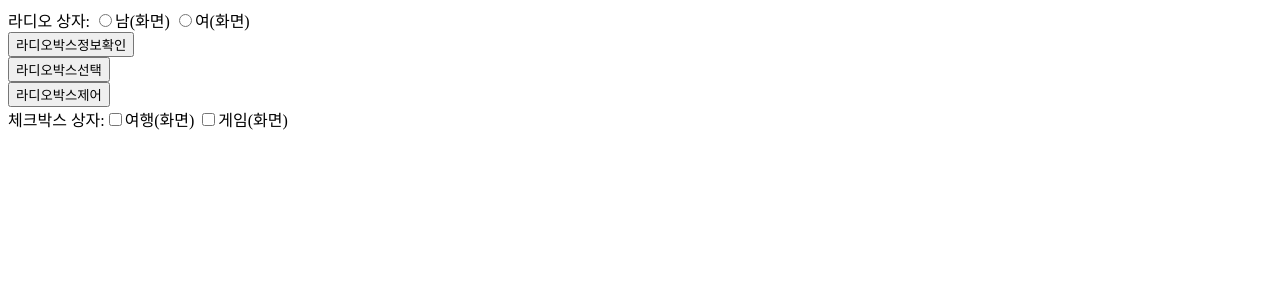
Repository: hololog/workspace_jsp1
Page: JspStudy/src/main/webapp/js1/test15.html
These files come from the project's save history. The page is drawn as it stood at one moment and after the next save; the edit follows.
The browser window is 1280 px wide. The pictures show the whole page.

Above is the page before, as saved 2021-12-14 07:41:30.

### JspStudy/src/main/webapp/js1/test15.html
<!DOCTYPE html>
<html>
<head>
<meta charset="UTF-8">
<title>js1/test15.html</title>
<script type="text/javascript">
//내장객체 window 윈도우창   - location 주소줄
//- history 방문기록
//- document html 틀 - image , ..
//                   - form - text,password,textarea
//                          - radio, checkbox
//                           - select

//내장객체 window 생략가능
//내장객체 window.document.폼태그.라디오상자이름   => 큰 주제 : html문서안에 있는 폼태그안의 라디오 상자제어
//								          => 멤버변수
//                                           type 라디오 상자타입을 저장하는 변수 ,
								//           value 입력된 값을 저장하는 변수,
								//			 checked 라디오 상자가 체크되어잇으면 참으로 저장
								//                   체크가 안되어 있으면 거싲으로 저장하는 변수
								//        => 멤버함수(메서드)
								//          click() 라디오 상자 글자 블럭 설정 기능
//내장객체 호출    =>document.폼태그.텍스트상자이름[].type,
//               document.폼태그.텍스트상자이름[].value,
//               document.폼태그.텍스트상자이름[].checked,
//               document.폼태그.텍스트상자이름[].click()

//  function f1() {
// 	alert(document.fr.ra[0].type);
// 	alert(document.fr.ra[0].value);
// 	alert(document.fr.ra[0].checked);
// 	document.fr.ra[0].click();
//  }
 function f1() {
	alert(document.fr.ra[0].type);
	alert(document.fr.ra[0].value);
	alert(document.fr.ra[0].checked);
 }

 function f2() {
	document.fr.ra[0].checked=true;
}

 function f3() {
	if(document.fr.ra[0].checked==false && document.fr.ra[1].checked==false)
		alert("라디오박스 선택하세요");
		return;
 }

 function f4() {
	if(document.fr.ch[0].checked==false && document.fr.ch[1].checked==false)
		alert("체크박스 선택하세요");
		return;
 }



</script>
</head>
<body>
	<form action="a.jsp" method="get" name="fr">
	 라디오 상자: <input type="radio" name="ra" value="1">남(화면)
           	   <input type="radio" name="ra" value="2">여(화면)<br>

           	   <input type="button" value="라디오박스정보확인" onclick="f1()"><br>
           	   <input type="button" value="라디오박스선택" onclick="f2()"><br>
           	   <input type="button" value="라디오박스제어" onclick="f3()"><br>

     체크박스 상자:<input type="checkbox" name="ch" value="여행">여행(화면)
               <input type="checkbox" name="ch" value="게임">게임(화면)<br>

<!-- 			   <input type="button" value="체크박스정보확인" onclick="f3()">	 -->
<!-- 			   <input type="button" value="체크박스정보확인" onclick="f4()">	 -->
	</form>
</body>
</html>

After the next save:
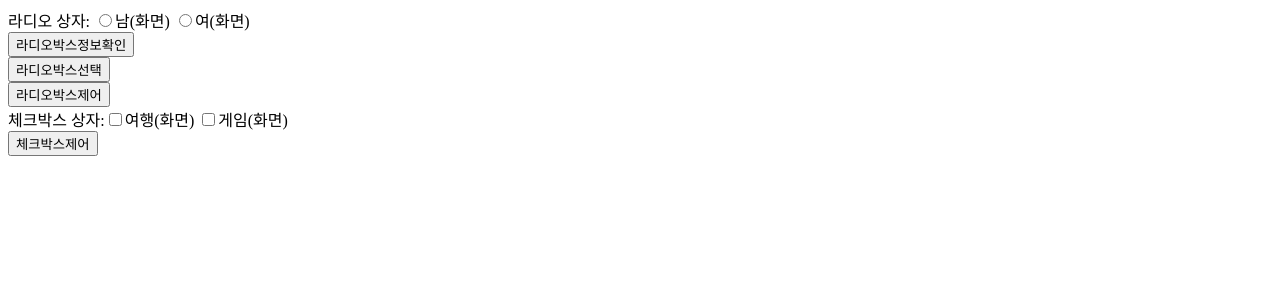
Saved 24 s later.
--- a/JspStudy/src/main/webapp/js1/test15.html
+++ b/JspStudy/src/main/webapp/js1/test15.html
@@ -69,7 +69,7 @@
      체크박스 상자:<input type="checkbox" name="ch" value="여행">여행(화면)
                <input type="checkbox" name="ch" value="게임">게임(화면)<br>
 
-<!-- 			   <input type="button" value="체크박스정보확인" onclick="f3()">	 -->
+			   <input type="button" value="체크박스제어" onclick="f4()">
 <!-- 			   <input type="button" value="체크박스정보확인" onclick="f4()">	 -->
 	</form>
 </body>

After the 5 saves that followed:
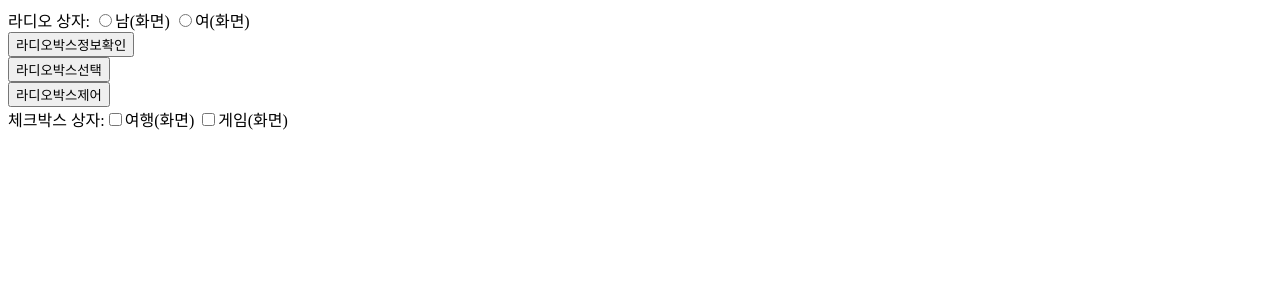
The 5 saves are shown as one change because 4 left the picture as it was.
The last was saved 10 min 16 s later.
--- a/JspStudy/src/main/webapp/js1/test15.html
+++ b/JspStudy/src/main/webapp/js1/test15.html
@@ -45,16 +45,15 @@
 	if(document.fr.ra[0].checked==false && document.fr.ra[1].checked==false)
 		alert("라디오박스 선택하세요");
 		return;
- }
 
- function f4() {
 	if(document.fr.ch[0].checked==false && document.fr.ch[1].checked==false)
 		alert("체크박스 선택하세요");
 		return;
+
+	 //서버전송
+ 	document.fr.submit();
+  	return;
  }
-
-
-
 </script>
 </head>
 <body>
@@ -69,7 +68,7 @@
      체크박스 상자:<input type="checkbox" name="ch" value="여행">여행(화면)
                <input type="checkbox" name="ch" value="게임">게임(화면)<br>
 
-			   <input type="button" value="체크박스제어" onclick="f4()">
+<!-- 			   <input type="button" value="체크박스제어" onclick="f4()">	 -->
 <!-- 			   <input type="button" value="체크박스정보확인" onclick="f4()">	 -->
 	</form>
 </body>
